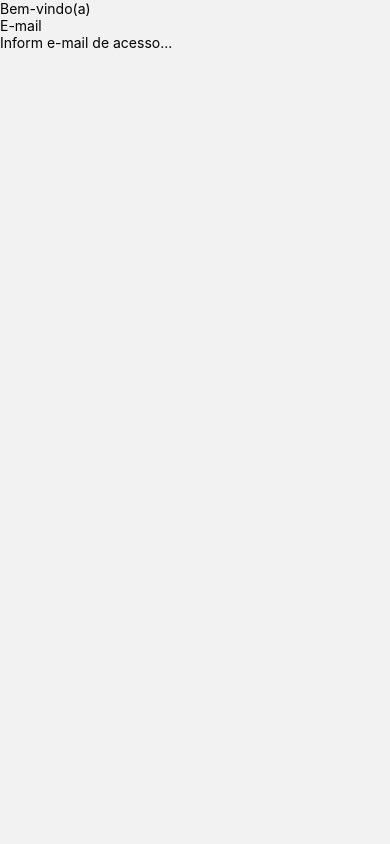
Repository: anacleto-caua/flavio_finance_clean
Page: /
The author's editor kept a copy of each file at every save. The page is drawn from the files as they stood at one save, then again after the next save.
The browser window is 390 px wide. The pictures show the whole page.
The app was drawn by React Native's web renderer in a window 390 px wide. The project was rebuilt for these pictures with package versions that can differ from the ones it lists, and the page was loaded fresh each time. Also part of the build but not shown: src/pages/Welcome/index.js.

Above is the page before, as saved 2024-03-12 19:42:35.

After the next save:
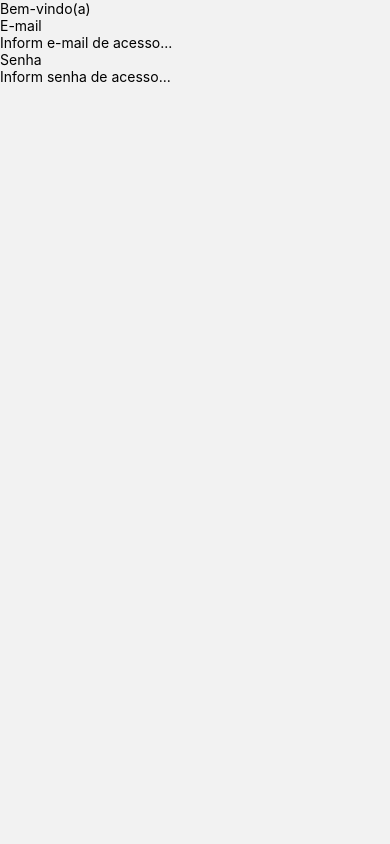
Saved 38 s later.
--- a/src/pages/SignIn/index.js
+++ b/src/pages/SignIn/index.js
@@ -25,7 +25,11 @@ export default function SignIn() {
           style={styles.input}
         />
 
-
+        <Text style={styles.title}>Senha</Text>
+        <TextInput
+          placeholder="Inform senha de acesso..."
+          style={styles.input}
+        />
       </View>
     </View>
   );
